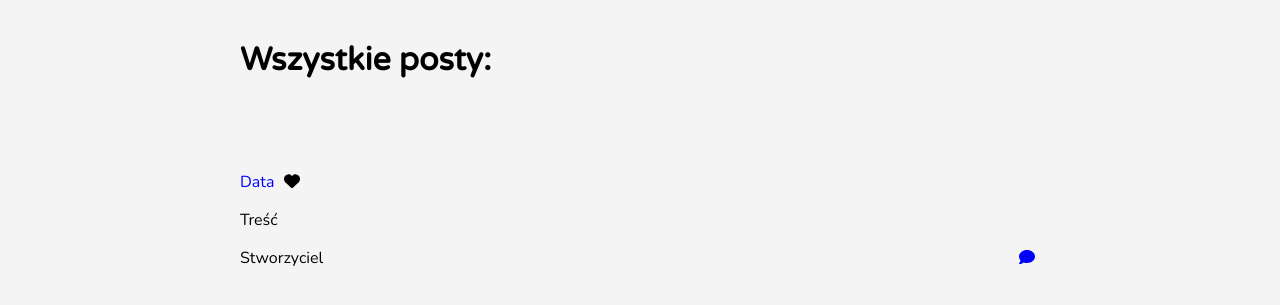
Repository: noisevisionproductions/PlayMeetWebsite
Page: src/main/resources/templates/posts.html
These files come from the project's save history. The page is drawn as it stood at one moment and after the next save; the edit follows.
The browser window is 1280 px wide. The pictures show the whole page.
The page's requests for data from a server got no answer. Some web libraries are served in a nearby version.

Above is the page before, as saved 2024-03-25 00:27:03.

After the next save:
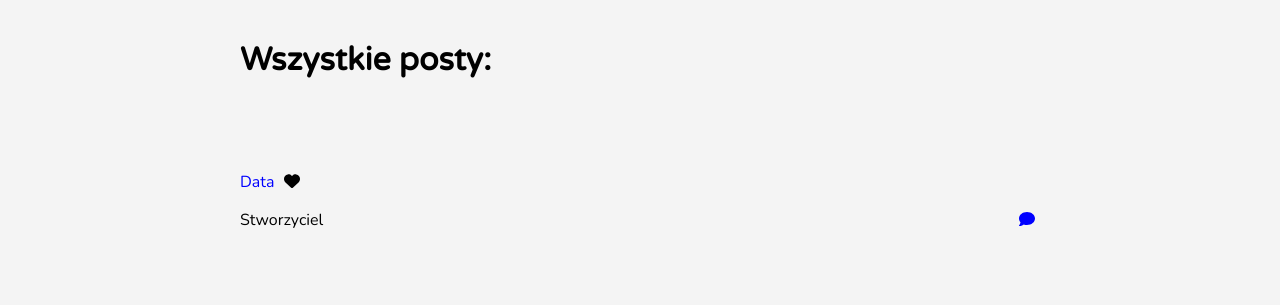
Saved 6 min 22 s later.
--- a/src/main/resources/templates/posts.html
+++ b/src/main/resources/templates/posts.html
@@ -31,7 +31,12 @@
             <span class="post-singup"><i class="fas fa-heart"></i></span>
         </div>
         <div class="post-content">
-            <p>Treść</p>
+            <p class="post-sportType"></p>
+            <p class="post-dateTime"></p>
+            <p class="post-hourTime"></p>
+            <p class="post-skillLevel"></p>
+            <p class="post-peopleStatus"></p>
+            <p class="post-additionalInfo"></p>
         </div>
         <div class="post-footer">
             <span class="post-creator">Stworzyciel</span>
